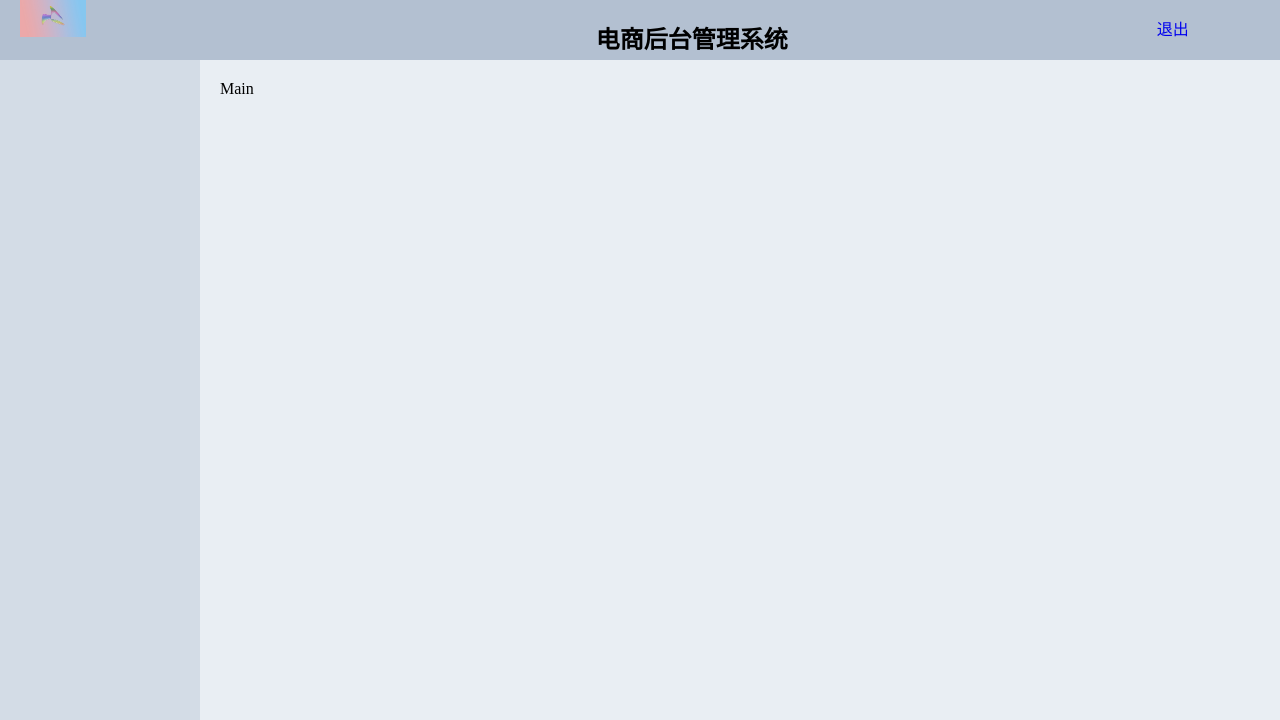
Repository: StenphonCook/mallmanger_my
Page: /#/
The author's editor kept a copy of each file at every save. The page is drawn from the files as they stood at one save, then again after the next save.
The browser window is 1280 px wide. The pictures show the whole page.
The project was rebuilt for these pictures with package versions that can differ from the ones it lists, and the page was loaded fresh each time. Also part of the build but not shown: src/components/login/login.vue.

Above is the page before, as saved 2022-05-18 22:17:53.

### index.html
<!DOCTYPE html>
<html>
  <head>
    <meta charset="utf-8">
    <meta name="viewport" content="width=device-width,initial-scale=1.0">
    <title>mallmanager_my</title>
  </head>
  <body>
    <div id="app"></div>
    <!-- built files will be auto injected -->
  </body>
</html>

### src/main.js
// The Vue build version to load with the `import` command
// (runtime-only or standalone) has been set in webpack.base.conf with an alias.
import Vue from 'vue'
import App from './App'
import router from './router'
import MyHttpServe from '@/plugins/http';
import ElementUI from 'element-ui';
import 'element-ui/lib/theme-chalk/index.css';
import '@/assets/css/reset.css'


Vue.use(ElementUI);
Vue.use(MyHttpServe)

Vue.config.productionTip = false

/* eslint-disable no-new */
new Vue({
    el: '#app',
    router,
    // render:(h)=>h{App}下方代码等价写法，
    components: { App },
    template: '<App/>'
})

### src/App.vue
<template>
  <div id="app">
    <router-view/>
  </div>
</template>

<script>
export default {
  name: 'App'
}
</script>

<style>
  #app{
    height: 100%;
  }
</style>

### src/router/index.js
import Vue from 'vue'
import Router from 'vue-router'
import Login from '@/components/login/login.vue'
import Home from '@/components/home/home.vue'
Vue.use(Router)

export default new Router({
    routes: [{
            name: 'login',
            path: '/login',
            component: Login
        },

        {
            name: 'home',
            path: '/',
            component: Home
        }
    ]
})

### src/plugins/http.js
//插件模块

import axios from "axios";
const MyHttpServe = {}

MyHttpServe.install = (Vue) => {
    // 设置基准接口
    axios.defaults.baseURL = 'http://127.0.0.1:8888/api/private/v1/'
        // 4. 添加实例方法
    Vue.prototype.$http = axios
}

export default MyHttpServe

### src/assets/css/reset.css
html,
body {
    height: 100%;
    padding: 0;
    margin: 0;
}

### src/components/home/home.vue
<template>
    <el-container class="container">
        <el-header class="header">
            <el-row>
                <el-col :span="4">
                <div class="grid-content bg-purple">
                    <img src="../../assets/logo.jpg" width="32%" alt="无法显示图片">
                </div>
                </el-col>
                <el-col :span="18" class="middle">
                    <h2>电商后台管理系统</h2>
                </el-col>
                <el-col :span="2">
                <div class="grid-content bg-purple">
                    <a class="loginOut" href="#">退出</a>
                </div>
                </el-col>
            </el-row>
        </el-header>
        <el-container>
            <el-aside class="aside" width="200px">

            </el-aside>
            <el-main class="main">Main</el-main>
        </el-container>
    </el-container>
</template>

<script>
    export default {
        name:'Home'
    }
</script>

<style>
    .container{
        height: 100%;
    }
    .header{
        background-color: #b3c0d1;
    }
    .aside{
        background-color: #d3dce6;
    }
    .main{
        background-color: #e9eef3;
        height: 100%;
    }
    /* 头部样式 */
    .middle{
        text-align: center;
    }
    .loginOut{
        text-decoration: none;
        line-height: 60px;
    }
</style>

After the next save:
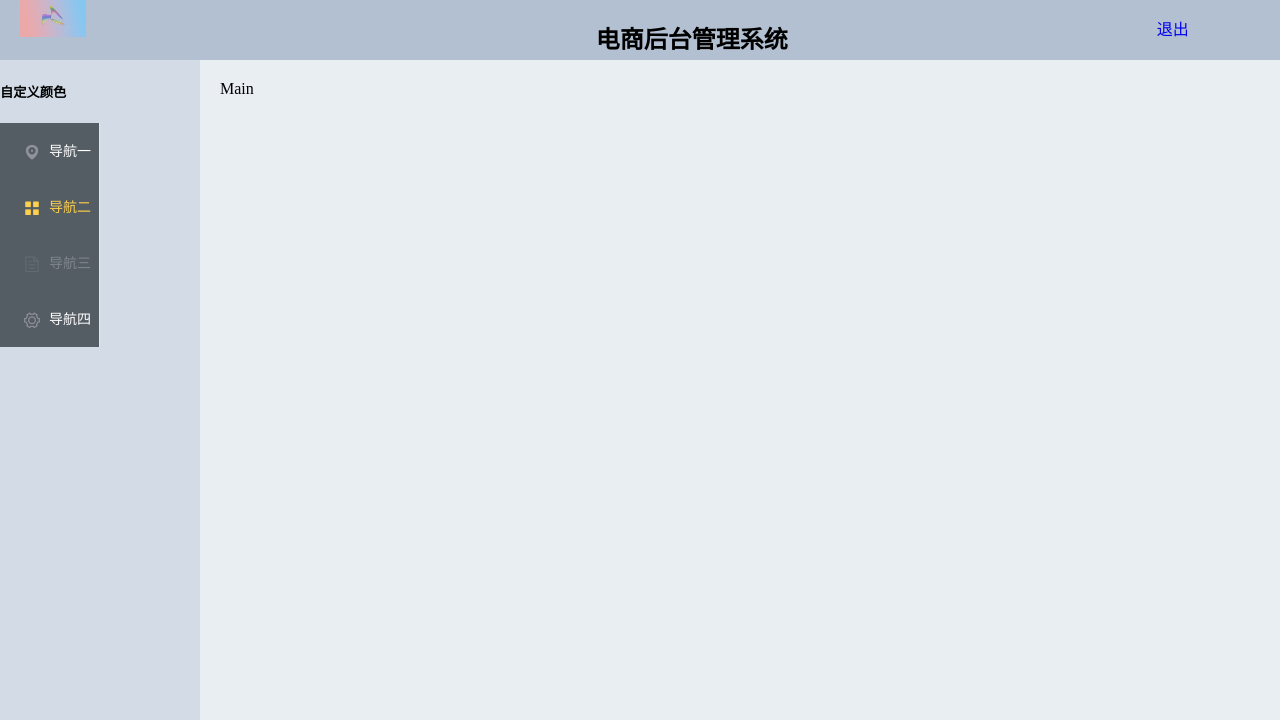
Saved 10 s later.
--- a/src/components/home/home.vue
+++ b/src/components/home/home.vue
@@ -19,7 +19,49 @@
         </el-header>
         <el-container>
             <el-aside class="aside" width="200px">
-
+                <el-col :span="12">
+    <h5>自定义颜色</h5>
+    <el-menu
+      default-active="2"
+      class="el-menu-vertical-demo"
+      @open="handleOpen"
+      @close="handleClose"
+      background-color="#545c64"
+      text-color="#fff"
+      active-text-color="#ffd04b">
+      <el-submenu index="1">
+        <template slot="title">
+          <i class="el-icon-location"></i>
+          <span>导航一</span>
+        </template>
+        <el-menu-item-group>
+          <template slot="title">分组一</template>
+          <el-menu-item index="1-1">选项1</el-menu-item>
+          <el-menu-item index="1-2">选项2</el-menu-item>
+        </el-menu-item-group>
+        <el-menu-item-group title="分组2">
+          <el-menu-item index="1-3">选项3</el-menu-item>
+        </el-menu-item-group>
+        <el-submenu index="1-4">
+          <template slot="title">选项4</template>
+          <el-menu-item index="1-4-1">选项1</el-menu-item>
+        </el-submenu>
+      </el-submenu>
+      <el-menu-item index="2">
+        <i class="el-icon-menu"></i>
+        <span slot="title">导航二</span>
+      </el-menu-item>
+      <el-menu-item index="3" disabled>
+        <i class="el-icon-document"></i>
+        <span slot="title">导航三</span>
+      </el-menu-item>
+      <el-menu-item index="4">
+        <i class="el-icon-setting"></i>
+        <span slot="title">导航四</span>
+      </el-menu-item>
+    </el-menu>
+  </el-col>
+</el-row>
             </el-aside>
             <el-main class="main">Main</el-main>
         </el-container>
